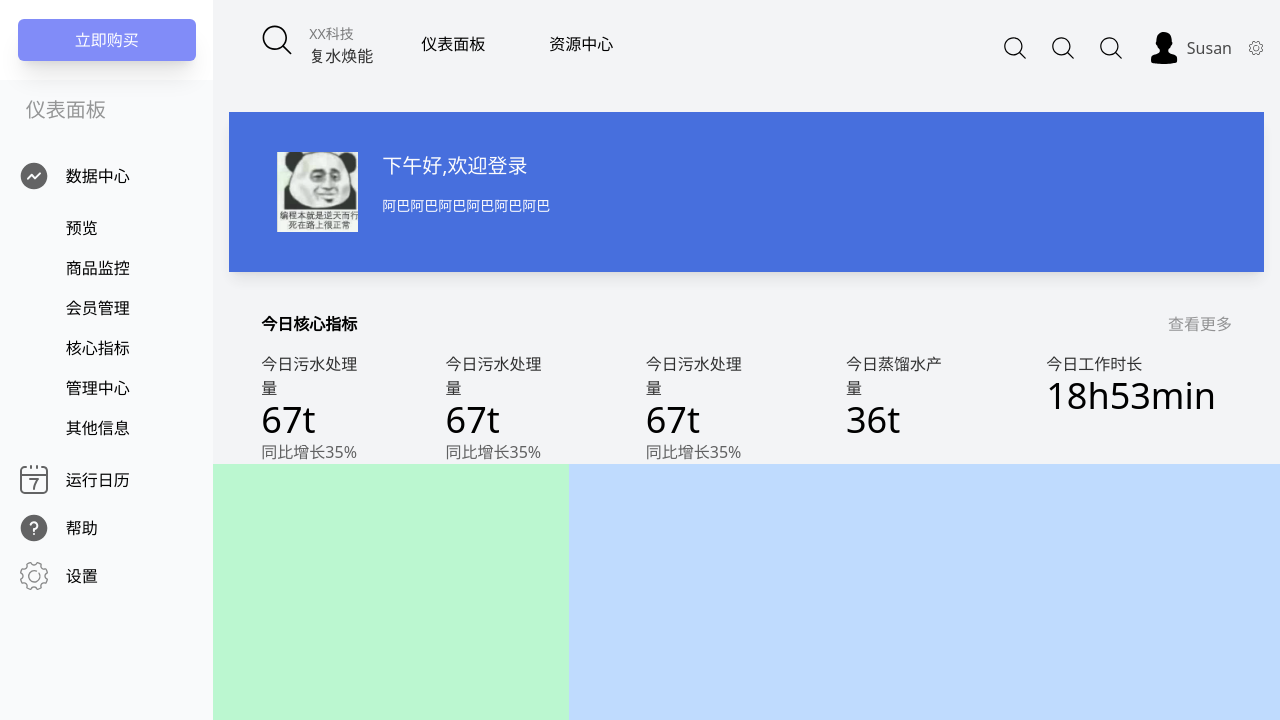
Repository: LiuRuohui/useWater
Page: /
These files come from the project's save history. The page is drawn as it stood at one moment and after the next save; the edit follows.
The browser window is 1280 px wide. The pictures show the whole page.
The project was rebuilt for these pictures with package versions that can differ from the ones it lists, and the page was loaded fresh each time. Also part of the build but not shown: vite.config.js.

Above is the page before, as saved 2022-04-06 23:33:49.

### src/App.vue
<script setup>
import HelloWorld1 from './components/HelloWorld.vue';
</script>

<template>
  <HelloWorld1></HelloWorld1>
</template>

<style>
</style>

### src/index.css
@tailwind base;
@tailwind components;
.inputFrame {
    @apply appearance-none rounded-none relative block w-full px-3 py-2 border border-gray-300 placeholder-gray-500 text-gray-900
}

.inputFrame:focus {
    @apply outline-none border-indigo-500 z-10 inline-block px-5 py-3 rounded-lg shadow-lg
}

.btn {
    @apply relative flex w-full justify-center py-2 border border-transparent font-medium rounded-md text-white bg-indigo-400
}

.btn:hover {
    @apply bg-indigo-500
}

.btn:focus {
    @apply outline-none ring-2 ring-offset-2 ring-indigo-400
}

@tailwind utilities;

### src/components/HelloWorld.vue
<script setup>

</script>

<template>
<div class="w-full h-screen flex flex-row select-none">
  <div class="w-1/5 h-screen justify-center items-center flex flex-col">
    <div class="w-full h-20 justify-center items-center flex">
        <div class="w-5/6">
            <button class="btn text-white justify-center items-center shadow-xl">立即购买</button>
        </div>
    </div>
    <div class="w-full flex flex-grow bg-gray-50 justify-center">
        <div class="w-5/6 pt-4 flex flex-col">
            <div class="h-8 text-xl opacity-40 pl-2">仪表面板</div>
            <div class="mt-4 flex flex-grow flex-col">
                <div class="flex flex-col py-2 hover:cursor-pointer">
                    <div class="flex flex-row py-2 hover:bg-blue-200 hover:cursor-pointer">
                      <img src="../assets/数据.svg" alt="" class="h-8 opacity-60">
                      <div class="pl-4 pt-1">数据中心</div>
                    </div>
                    <div class="mt-2 flex flex-col hover:cursor-pointer">
                        <div class="py-2 pl-12 hover:bg-blue-200">预览</div>
                        <div class="py-2 pl-12 hover:bg-blue-200">商品监控</div>
                        <div class="py-2 pl-12 hover:bg-blue-200">会员管理</div>
                        <div class="py-2 pl-12 hover:bg-blue-200">核心指标</div>
                        <div class="py-2 pl-12 hover:bg-blue-200">管理中心</div>
                        <div class="py-2 pl-12 hover:bg-blue-200">其他信息</div>
                    </div>
                </div>
                <div class="flex flex-row py-2 hover:bg-blue-200 hover:cursor-pointer">
                  <img src="../assets/日历.svg" alt="" class="h-8 opacity-60">
                  <div class="pl-4 pt-1">运行日历</div>
                </div>
                <div class="flex flex-row py-2 hover:bg-blue-200 hover:cursor-pointer">
                  <img src="../assets/帮助.svg" alt="" class="h-8 opacity-60">
                  <div class="pl-4 pt-1">帮助</div>
                </div>
                <div class="flex flex-row py-2 hover:bg-blue-200 hover:cursor-pointer">
                  <img src="../assets/设置.svg" alt="" class="h-8 opacity-60">
                  <div class="pl-4 pt-1">设置</div>
                </div>
            </div>
        </div>
    </div>
  </div>
  <div class="w-full flex flex-grow flex-col bg-gray-100">
      <div class="flex flex-row h-24">
          <img src="../assets/搜索.svg" alt="" class="h-8 mt-6 pl-12 hover:cursor-pointer">
          <div class="flex flex-col pt-6 px-4 hover:cursor-pointer">
              <div class="text-sm opacity-50">XX科技</div>
              <div class="text-md opacity-80">复水焕能</div>
          </div>
          <div class="text-base px-8 pt-8 hover:cursor-pointer">仪表面板</div>
          <div class="text-base px-8 pt-8 hover:cursor-pointer">资源中心</div>
          <div class="flex flex-grow flex-row-reverse">
              <img src="../assets/设置.svg" alt="" class="h-4 mt-10 mr-4 hover:cursor-pointer hover:bg-blue-100">
              <span class="my-9 mr-4 text-black text-base opacity-70 hover:cursor-pointer hover:bg-blue-100">Susan</span>
              <img src="../assets/用户.svg" alt="" class="h-8 mt-8 mr-2 hover:cursor-pointer hover:bg-blue-100">
              <img src="../assets/搜索.svg" alt="" class="h-6 mt-9 mr-6 hover:cursor-pointer hover:bg-blue-100">
              <img src="../assets/搜索.svg" alt="" class="h-6 mt-9 mr-6 hover:cursor-pointer hover:bg-blue-100">
              <img src="../assets/搜索.svg" alt="" class="h-6 mt-9 mr-6 hover:cursor-pointer hover:bg-blue-100">
          </div>
      </div>
      <div class="m-4 bg-blue-700 h-40 opacity-80 shadow-lg">
          <div class="flex flex-row h-24 my-8">
              <img src="../assets/测试图片.jpg" alt="" class="h-20 my-auto pl-12">
              <div class="flex flex-col pl-6 pt-2">
                  <div class="text-xl text-white">下午好,欢迎登录</div>
                  <div class="text-sm text-white pt-4">阿巴阿巴阿巴阿巴阿巴阿巴</div>
              </div>
          </div>
      </div>
      <div class="h-40 my-2 mx-4">
          <div class="flex flex-col pt-4 pl-8">
              <div class="flex flex-row">
                  <div class="font-black text-black">今日核心指标</div>
                  <div class="flex flex-grow flex-row-reverse opacity-40 pr-8">查看更多</div>
              </div>
              <div class="flex flex-grow flex-row mt-4">
                  <div class="flex flex-col pr-8">
                      <div class="opacity-80">今日污水处理量</div>
                      <div class="text-4xl">67t</div>
                      <div class="opacity-60">同比增长35%</div>
                  </div>
                  <div class="flex flex-col px-12">
                      <div class="opacity-80">今日污水处理量</div>
                      <div class="text-4xl">67t</div>
                      <div class="opacity-60">同比增长35%</div>
                  </div>
                  <div class="flex flex-col px-12">
                      <div class="opacity-80">今日污水处理量</div>
                      <div class="text-4xl">67t</div>
                      <div class="opacity-60">同比增长35%</div>
                  </div>
                  <div class="flex flex-col px-12">
                      <div class="opacity-80">今日蒸馏水产量</div>
                      <div class="text-4xl">36t</div>
                  </div>
                  <div class="flex flex-col px-12">
                      <div class="opacity-80">今日工作时长</div>
                      <div class="text-4xl">18h53min</div>
                  </div>
              </div>
          </div>
      </div>
      <div class="flex flex-grow flex-row bg-blue-200">
          <div class="w-1/3 bg-green-200 flex flex-col">
              <div class="flex h-32">

              </div>
              <div class="flex flex-grow">

              </div>
          </div>
      </div>
  </div>
</div>
</template>

<style scoped>

</style>

### tailwind.config.js
module.exports = {
    content: [
        "./index.html",
        "./src/**/*.{vue,js,ts,jsx,tsx}",
    ],
    theme: {
        extend: {},
    },
    variants: {
        backgroundColor: ['responsive', 'hover', 'focus', 'active']
    },
    plugins: [],
}

Loaded but not shown: index.html (common file); src/main.js (common file)

After the next save:
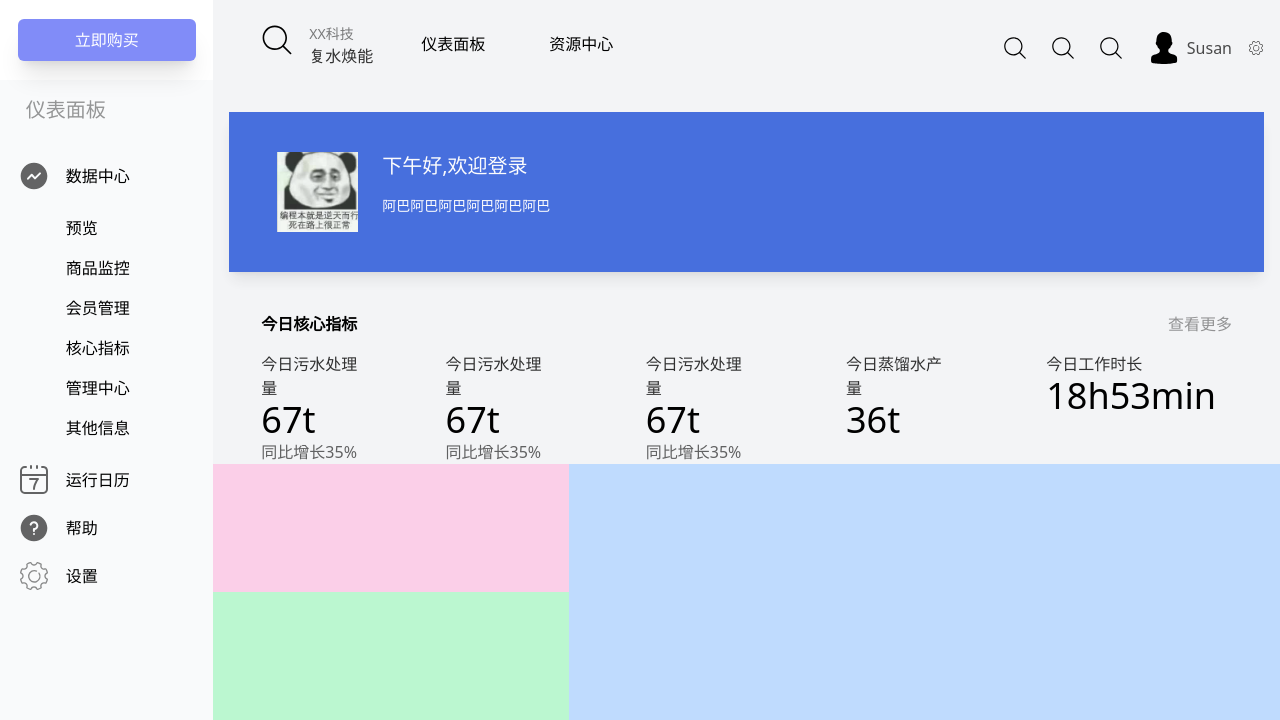
Saved 5 s later.
--- a/src/components/HelloWorld.vue
+++ b/src/components/HelloWorld.vue
@@ -106,7 +106,7 @@
       </div>
       <div class="flex flex-grow flex-row bg-blue-200">
           <div class="w-1/3 bg-green-200 flex flex-col">
-              <div class="flex h-32">
+              <div class="flex h-32 bg-pink-200">
 
               </div>
               <div class="flex flex-grow">
